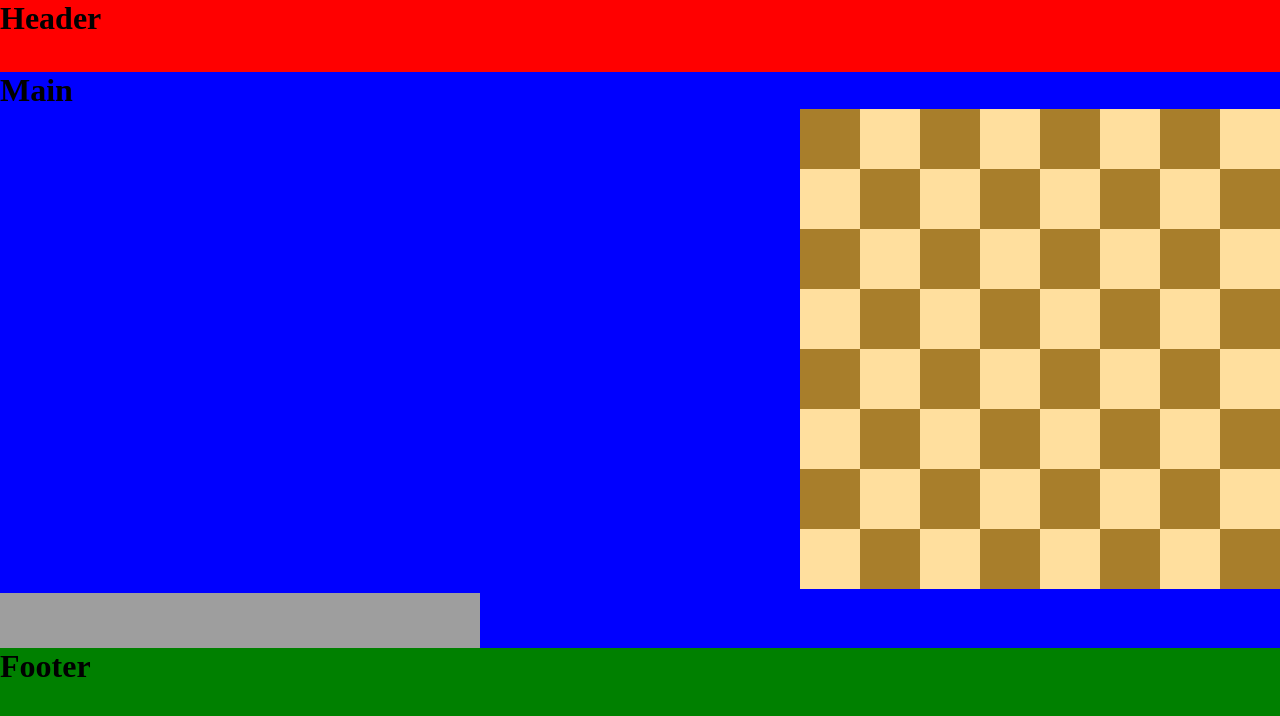
Repository: jameswilky/chess
Page: index.html
The author's editor kept a copy of each file at every save. The page is drawn from the files as they stood at one save, then again after the next save.
The browser window is 1280 px wide. The pictures show the whole page.

Above is the page before, as saved 2018-11-22 09:28:20.

After the next save:
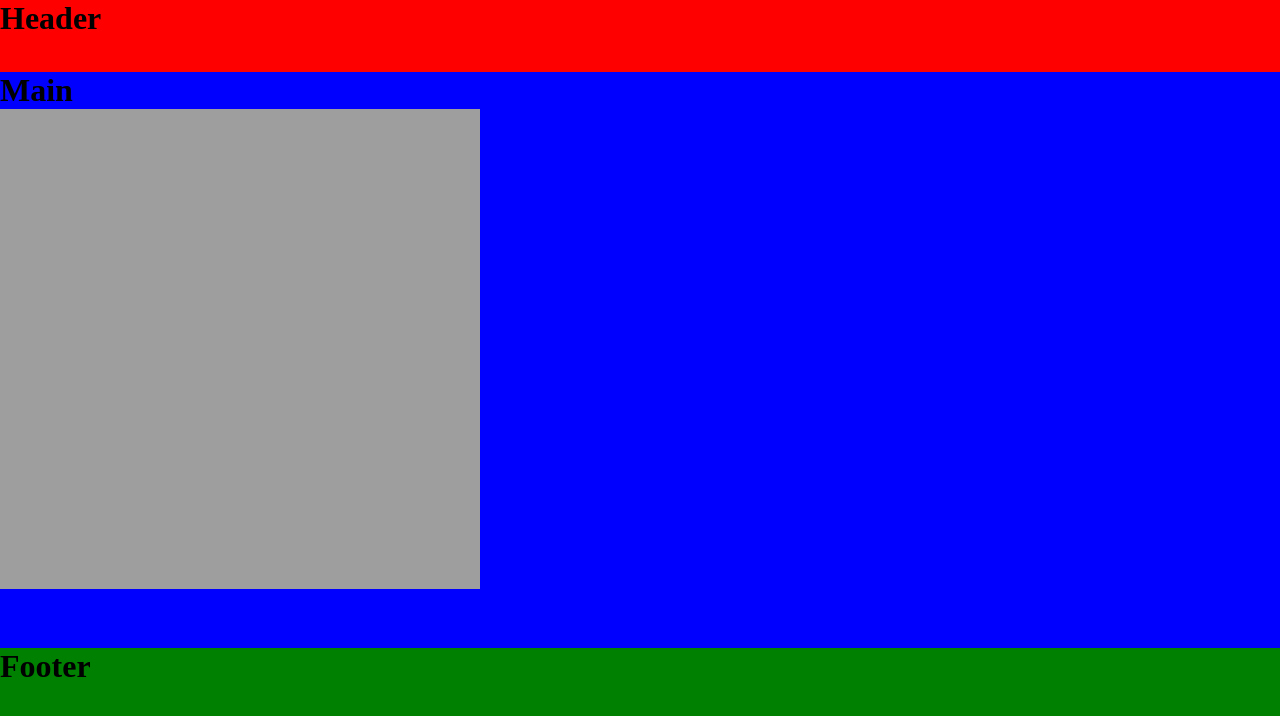
Saved 5 s later.
--- a/style.css
+++ b/style.css
@@ -14,17 +14,18 @@
 }
 
 #game{
+  position: absolute;
   height: 480px;
   width: 480px;
   margin-left: auto;
 }
 
 #board {
-  left : 0; z-index:0;
+  left : 0; z-index:0; position: absolute;
 }
 
 #markers {
-  left : 0; z-index:0;
+  left : 0; z-index:0; position: absolute;
 }
 
 #chessmen_layer {
